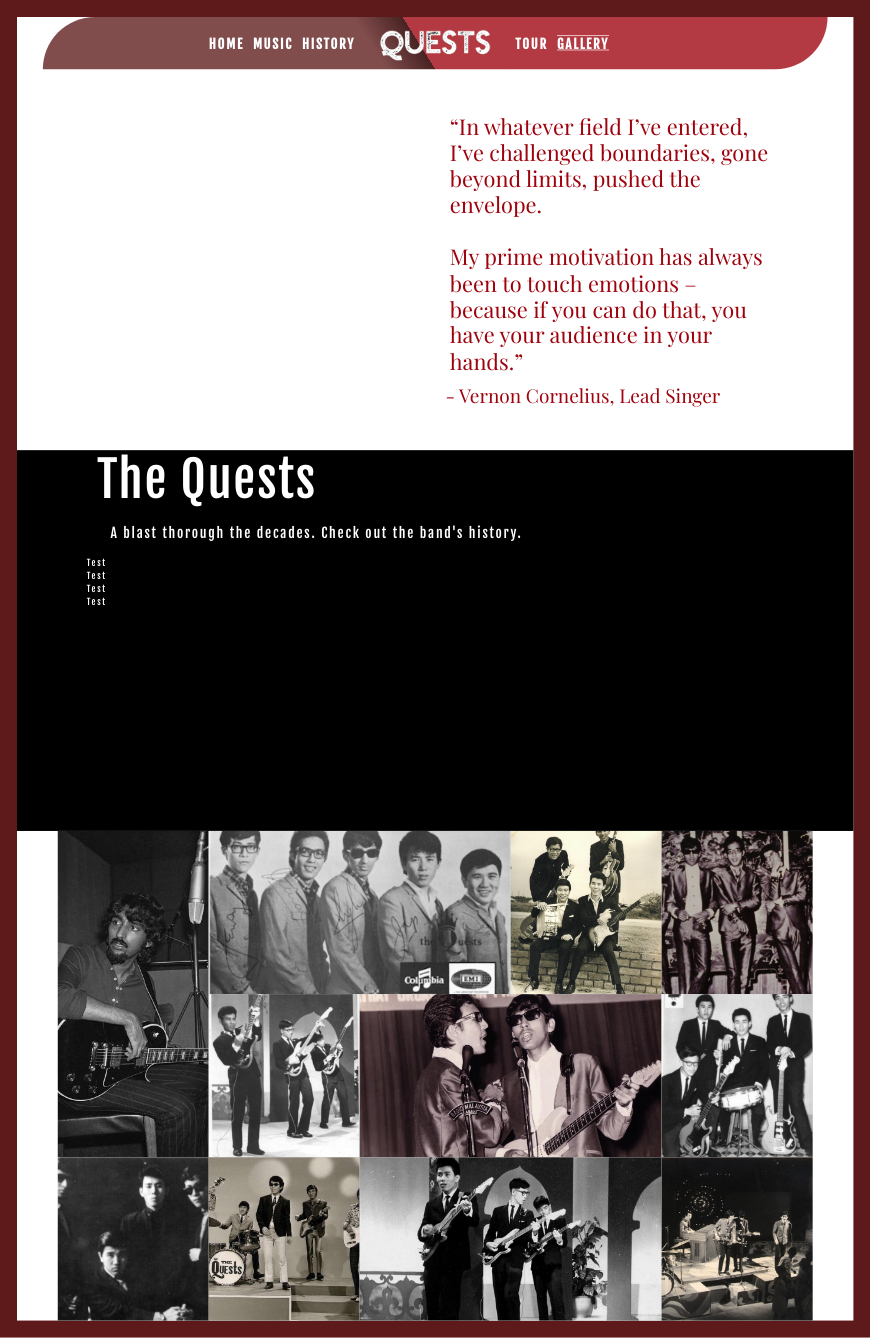
Repository: SamLookingGlass/User-Centric-Frontend-Development-Project
Page: gallery.html
The author's editor kept a record of every edit. The page is drawn from the files as they stood at one moment, then again after the next edit.
The browser window is 1280 px wide. The pictures show the whole page, at 68% of full size.
Some web libraries are served in a nearby version.

Above is the page before.

### gallery.html
<!doctype html>
<html lang="en">

<head>
    <!-- Required meta tags -->
    <meta charset="utf-8">
    <meta name="viewport" content="width=device-width, initial-scale=1, shrink-to-fit=no">

    <!-- Bootstrap CSS -->
    <link rel="stylesheet" href="https://maxcdn.bootstrapcdn.com/bootstrap/4.0.0/css/bootstrap.min.css" integrity="sha384-Gn5384xqQ1aoWXA+058RXPxPg6fy4IWvTNh0E263XmFcJlSAwiGgFAW/dAiS6JXm" crossorigin="anonymous">
    <link href="style.css" rel="stylesheet" type="text/css" />
    <link href="https://fonts.googleapis.com/css?family=Fjalla+One&display=swap" rel="stylesheet">
    <link href="https://fonts.googleapis.com/css?family=Amatic+SC&display=swap" rel="stylesheet">
    <link href="https://fonts.googleapis.com/css?family=Playfair+Display&display=swap" rel="stylesheet">
    <link rel="stylesheet" href="https://cdnjs.cloudflare.com/ajax/libs/font-awesome/4.7.0/css/font-awesome.min.css">
    <title>The Quests Official - Gallery</title>
</head>

<body id="borderhome">
    <!--<div class="container-fluid" style="height:2vw"></div>-->
    <nav class="fontnew" id="navbg">
        <div class="container-fluid">
            <div class="row d-lg-flex">
                <div class="col-5 navnew navleft d-flex justify-content-end">
                    <ul class="d-flex">
                        <li><a href="home.html">HOME</a></li>
                        <li><a href="music.html">MUSIC</a></li>
                        <li><a href="history.html">HISTORY</a></li>
                    </ul>
                </div>
                <div class="col-2 d-lg-flex justify-content-center">
                    <a class="" href="home.html">
                     <img id="navlogo" class="img-fluid" src="images/logo.png" alt="logo">
                </a>
                </div>
                <div class="col-5 navnew navright d-lg-flex justify-content-start">
                    <ul class="d-flex">
                        <li><a href="tour.html">TOUR</a></li>
                        <li id="active"><a href="gallery.html">GALLERY</a></li>
                    </ul>
                </div>
            </div>
        </div>
    </nav>
    <main>
        <div id="imagebg">
        </div>
    </main>
    <section>
        <div style="height:420pt" class="container-fluid">
            <div class="row">
                <div class="col-1"></div>
                <div class="col-5 cardbod-galllery fonttypo-gallery"></div>
                <div class="col-5 fonttypo-gallery shadow">
                    <h2 class="cardbod">
                        “In whatever field I’ve entered, I’ve challenged boundaries, gone beyond limits, pushed the envelope.
                        <br>
                        <br> My prime motivation has always been to touch emotions – because if you can do that, you have your audience in your hands.”
                        <br>
                    </h2>
                    <h3>
                        - Vernon Cornelius, Lead Singer
                    </h3>
                </div>
                <div class="col-1"></div>
            </div>
        </div>
    </section>
    <section style="background-color:black; height:420pt">
        <div class="container-fluid fontnew">
            <div class="row d-flex">
                <div class="col-1"></div>
                <div class="col-10">
                    <h1 class="display-3">The Quests</h1>
                    <p class="lead">A blast thorough the decades. <span id="underline">Check out the band's history.</span></p>
                </div>
                <div class="col-1"></div>
            </div>
            <div class="row d-flex">
                <div class="col-1"></div>
                <div class="col-10">
                    <div class="row">Test</div>
                    <div class="row">Test</div>
                    <div class="row">Test</div>
                    <div class="row">Test</div>
                </div>
                <div class="col-1"></div>
            </div>
        </div>
    </section>
    <section>
        <body id="gallerybod">
          <div class="container">
            <div class="box a"><img src="images/image7.jpg" alt="" /></div>
            <div class="box b"><img src="images/image3.jpg" alt="" /></div>
            <div class="box c"><img src="images/image5.jpg" alt="" /></div>
            <div class="box d"><img src="images/image10.jpg" alt="" /></div>
            <div class="box e"><img src="images/image4.jpg" alt="" /></div>
            <div class="box f"><img src="images/image8.jpg" alt="" /></div>
            <div class="box g"><img src="images/image9.jpg" alt="" /></div>
            <div class="box h"><img src="images/image6.jpg" alt="" /></div>
            <div class="box i"><img src="images/home1.jpg" alt="" /></div>
            <div class="box j"><img src="images/home2.jpg" alt="" /></div>
            <div class="box k"><img src="images/home3.jpg" alt="" /></div>
          </div>
        </body>
    </section>

    <!-- Optional JavaScript -->
    <!-- jQuery first, then Popper.js, then Bootstrap JS -->
    <script src="https://code.jquery.com/jquery-3.2.1.slim.min.js" integrity="sha384-KJ3o2DKtIkvYIK3UENzmM7KCkRr/rE9/Qpg6aAZGJwFDMVNA/GpGFF93hXpG5KkN" crossorigin="anonymous"></script>
    <script src="https://cdnjs.cloudflare.com/ajax/libs/popper.js/1.12.9/umd/popper.min.js" integrity="sha384-ApNbgh9B+Y1QKtv3Rn7W3mgPxhU9K/ScQsAP7hUibX39j7fakFPskvXusvfa0b4Q" crossorigin="anonymous"></script>
    <script src="https://maxcdn.bootstrapcdn.com/bootstrap/4.0.0/js/bootstrap.min.js" integrity="sha384-JZR6Spejh4U02d8jOt6vLEHfe/JQGiRRSQQxSfFWpi1MquVdAyjUar5+76PVCmYl" crossorigin="anonymous"></script>
</body>

</html>

### style.css
/*Sanity Checks*/
.blue {
    background-color:blue;

}
.bod {
    border:solid 1px black;
}

/*Home Styling*/
.cardbod {
    margin-top:4.5vw;
    padding:0.5vw;
    border-radius: 5px;
    /*align-items: center;*/
    display: flex;
    flex-direction: column;
}

/*Arrow Test https://codepen.io/raf187/pen/BvgGRQ*/
.red {
    margin-top:17vw;
}
body{
  margin-top: 0;
  padding: 0;
}
.arrow{
    position: absolute;
    top: 50%;
    left: 50%;
    transform: translate(-50%,-50%);
}
.arrow span{
    display: block;
    width: 30px;
    height: 30px;
    border-bottom: 5px solid rgb(158,2,13,0.7);
    border-right: 5px solid rgb(158,2,13,0.7);
    transform: rotate(45deg);
    margin: -12px;
    animation: animate 2s infinite;
}
.arrow span:nth-child(2){
    animation-delay: -0.2s;
}
.arrow span:nth-child(3){
    animation-delay: -0.4s;
}

@keyframes animate {
    0%{
        opacity: 0;
        transform: rotate(45deg) translate(-20px,-20px);
    }
    50%{
        opacity: 1;
    }
    100%{
        opacity: 0;
        transform: rotate(45deg) translate(20px,20px);
    }
}

/**/
#borderhome {
    border: solid 2vw rgb(94,26,26);
    /*border: solid 2vw rgb(158,2,13);*/
}

/*Parralax Scrolling */
.parralax {
    background-color:teal;
    height:460pt;
    background-attachment: fixed;
    background-position: center;
    background-repeat: no-repeat;
    background-size: cover;
}

.notparralax {
    background-image:url("images/image11.jpg");
    height:400pt;
    background-attachment: fixed;
    background-position: center;
    background-repeat: no-repeat;
    background-size: cover;
}

.notparralax div {
    padding-top:1vw;
}


/*Optional Color background-color:rgba(207, 0, 15, 0.6)*/
#navbg {
    background:rgb(94,26,26);
    background:linear-gradient(58deg, rgba(94,26,26,0.78) 42%, rgba(52,10,10,0.9) 48%, rgba(158,2,13,0.78) 48%);
    margin: 0 3vw;
    border-radius:15vw 0 15vw 0;
}

#navbg1 {
    background:rgb(94,26,26);
    background:linear-gradient(58deg, rgba(94,26,26,0.78) 42%, rgba(52,10,10,0.9) 48%, rgba(158,2,13,0.78) 48%);
    margin: 0 2vw;
    /*border-radius:15vw 15vw 0 0;*/
}

#active {
    text-decoration: underline overline;
}

.badgedesign {
    margin:10pt;
    padding:10pt;
    border: solid white 2pt;
    background-color:rgba(0, 0, 0, 0.6);
}

#navlogo {
   filter: invert(1);
   padding-top: 1.5vw;
}
.navnew li a {
    color: white;
}

.navnew li a:hover {
    text-decoration: underline overline;
}

.navnew li {
    text-decoration: none;
    list-style: none;
    padding-top: 1.5vw;
    margin: 5pt;
    font-size: 1.5vw;
    font-weight: bold;
}

.navright ul {
    position: relative;
    padding-left:0;
}

.navleft ul {
    position: relative;
    padding-right:0;
}

.fontnew {
    color:white;
    font-size: 1vw;
    font-family: 'Fjalla One', sans-serif;
    letter-spacing:0.2vw;

}

.fonttypo {
    font-family: 'Playfair Display', serif;
    color:white;
    font-size: 1vw;
    font-weight:bolder;
}

.fontfooter {
    color:white;
    font-size: 1vw;
    font-family: 'Fjalla One', sans-serif;
    letter-spacing:0.2vw;
    padding:0.18vw;
}

#sec1 h1, p{
    padding:5pt;
    margin:10pt;
}

#videobg {
    z-index: -1;
    position: fixed;
    right: 0;
    bottom: 0;
    min-width: 100%;
    min-height: 120%;
}

@media (min-aspect-ratio: 16/9) {
    #videobg {
        width: 100%;
        height: auto;
    }
}

@media (min-aspect-ratio: 16/9) {
    #videobg {
        width: auto;
        height: 100%;
    }
}

/*edit size*/
@media (max-width: 200px) {
    #videobg {
        display: none;
    }
    body {
        background: url("");
        background-size: cover;
    }
}

/*Newsletter Form*/
/*To reference DNCE*/
.formbackground {
    margin-top:5vw;
    background-color:rgba(0, 0, 0, 0.8);
    padding:2vw;
}
#formcta {
    text-align: center;
    line-height: 1;
    cursor: pointer;
    vertical-align: middle;
    padding: .85em 1em;
    color: #fefefe;
    font-weight: 700;
    border-radius: 1px;
    margin: 0 10px 0 auto;
    border: none;
    transition: background .2s ease-in-out;
    font-size: 1rem;
    outline: 0;
    letter-spacing: .1em;
    text-transform: uppercase;
}

/*To reference DNCE*/
.blockheader {
    display: inline-block;
    font-family: "Amatic SC",cursive;
    font-size: calc(1.11111vw + 20.44px);
    font-weight: 700;
    border: 3px solid #f00833;
    color: white;
    padding: 0 1.125rem;
    margin: 0;
    border-radius: 1px;
    clear: both;
    letter-spacing: .05em;
    text-align: left;
    width: auto;
    text-transform: uppercase;
    position: relative;
    left: -1%;
    transform: skew(3deg);
}
.blockheader::after {
    content: '';
    width: 0;
    height: 0;
    top: auto;
    border-style: solid;
    border-width: 12px 0 0 8px;
    border-color: #f00833 transparent transparent;
    position: absolute;
    bottom: -13px;
    left: 6%;
    z-index: 0;
    transform: rotate(-7deg);
}

#red-font {
    color: #f00833;
}

/*Gallery Styling*/


.fonttypo-gallery {
    font-family: 'Playfair Display', serif;
    color:rgb(158,2,13);
    font-size: 1vw;
    font-weight:bolder;
}

#imagebg {
    z-index: -1;
    position: fixed;
    right: 0;
    bottom: 0;
    min-width: 100%;
    min-height: 100%;
    background-size: cover;
    /*background-image: url("images/home1.jpg");*/
}

/*Reference for Gallery Images https://codepen.io/ozzy21/pen/JqgrvP*/

#gallerybod {
  margin: 0;
  padding: 0;
}
.container {
  width: 100%;
  display: grid;
  grid-auto-flow: dense;
  grid-template:
    "1fr 1fr 1fr 1fr 1fr" 33.33vh
    "1fr 1fr 1fr 1fr 1fr" 33.33vh
    "1fr 1fr 1fr 1fr 1fr" 33.33vh;
}

.container .box {
  position: relative;
  background: #ccc;
}
.container .box.a {
  grid-row: span 2;
}
.container .box.b,
.container .box.f,
.container .box.h,
.container .box.j {
  grid-column: span 2;
}
.container .box img {
  position: absolute;
  top: 0;
  left: 0;
  width: 100%;
  height: 100%;
  object-fit: cover;
}
@media (max-width: 991px) {
  .container {
    grid-template:
      "1fr 1fr 1fr" 250px
      "1fr 1fr 1fr" 250px
      "1fr 1fr 1fr" 250px
      "1fr 1fr 1fr" 250px
      "1fr 1fr 1fr" 250px;
  }
}
@media (max-width: 768px) {
  .container {
    grid-template:
      "1fr 1fr" 200px
      "1fr 1fr" 200px
      "1fr 1fr" 200px
      "1fr 1fr" 200px
      "1fr 1fr" 200px
      "1fr 1fr" 200px
      "1fr 1fr" 200px;
  }
}
.container .box.h {
  grid-column: span 1;
}

/*Music Styling*/
.cardbod-music {
    padding-top:2vw;
}

.cardbod-music div{
    margin:0.2vw;
}

After the next edit:
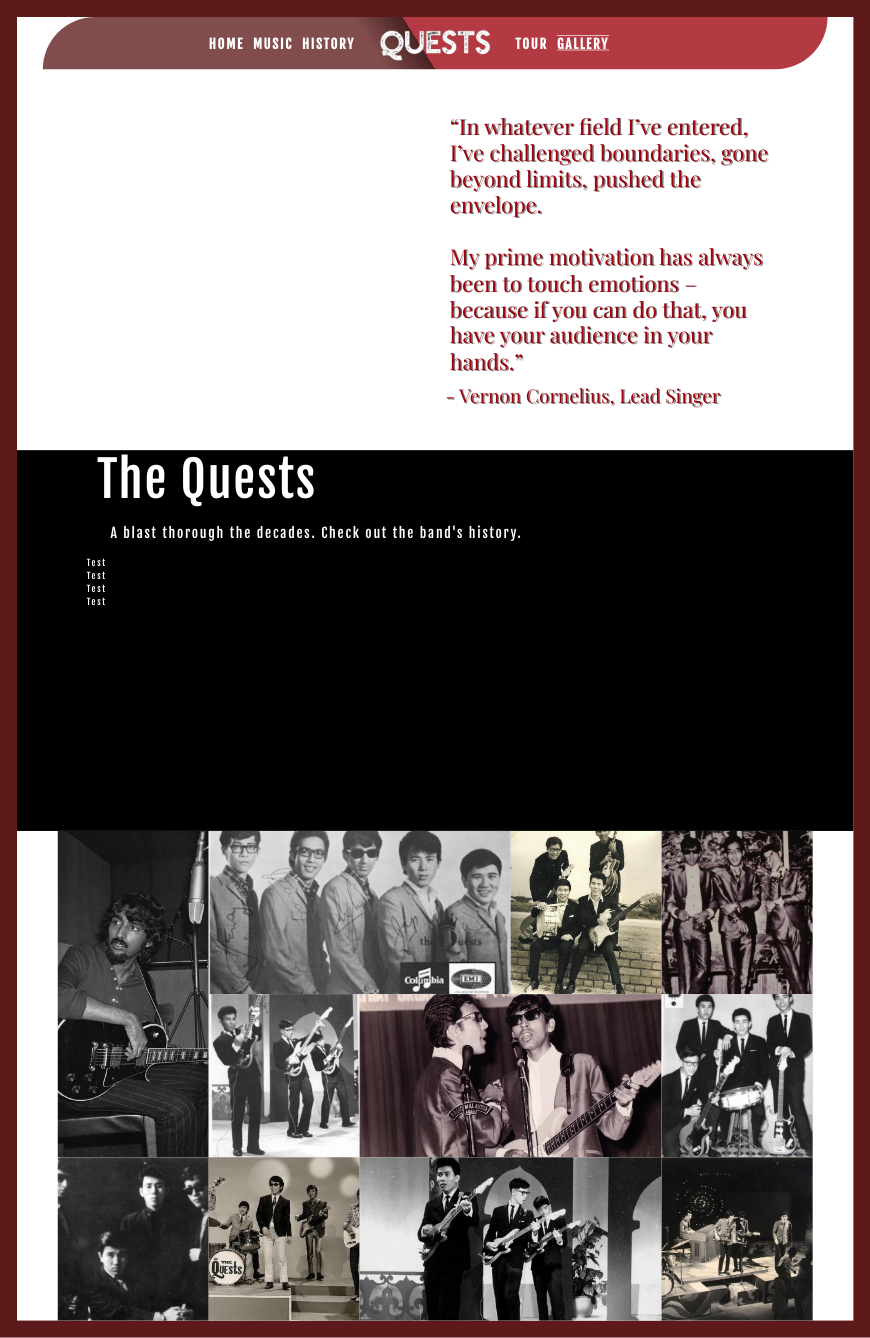
The edit:
--- a/style.css
+++ b/style.css
@@ -5,6 +5,10 @@
 }
 .bod {
     border:solid 1px black;
+}
+
+.shadow {
+    text-shadow: 2px 1px grey;
 }
 
 /*Home Styling*/
